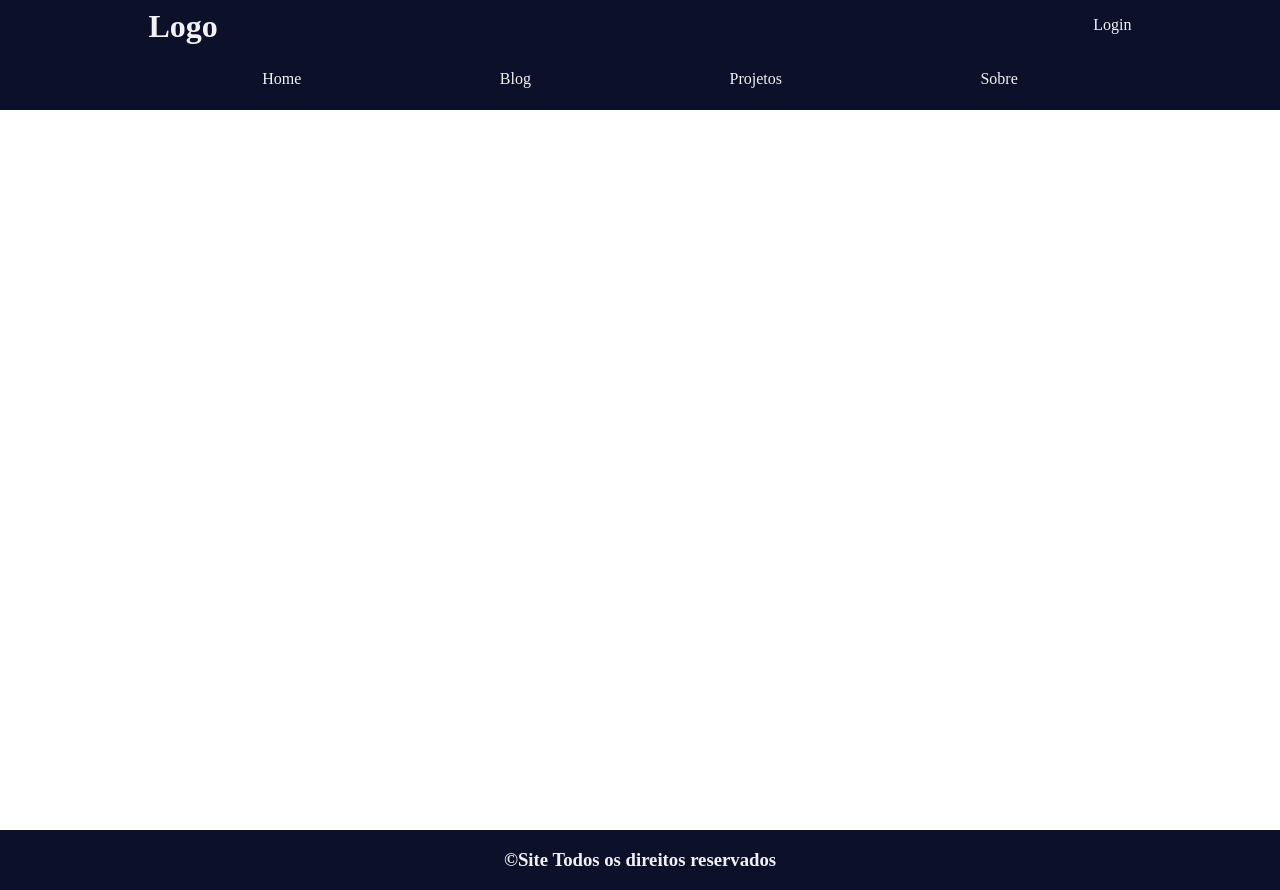
Repository: SauloMorais01/mysitefront-end
Page: src/pages/blog.html
These files come from the project's save history. The page is drawn as it stood at one moment and after the next save; the edit follows.
The browser window is 1280 px wide. The pictures show the whole page.

Above is the page before, as saved 2024-10-31 22:43:43.

### src/pages/blog.html
<!DOCTYPE html>
<html lang="pt-br">
<head>
    <meta charset="UTF-8">
    <meta name="viewport" content="width=device-width, initial-scale=1.0">
    <title>Titulo - status</title>
    <link rel="stylesheet" href="../css/style.css">
</head>
<body>
    <header class="primary-color hd-color-white">
        <div class="container">
            <div class="top-box flex">
                <div class="logo">
                    <a class="hd-color-white" href="/"><h1>Logo</h1></a>
                </div>
                <div class="login">
                    <a class="hd-color-white" href="/">Login</a>
                </div>
            </div>
        </div>
    </header>

    <section id="menu" class="sticky-top primary-color hd-color-white">
            <div class="container center">
                <a href="/">Home</a>
                <a href="/">Blog</a>
                <a href="/">Projetos</a>
                <a href="/">Sobre</a>
            </div>
    </section>

    <main>

    </main>

    <footer class="primary-color center">
        <h3 class="hd-color-white">&copy;<strong>Site</strong> Todos os direitos reservados</h3>
    </footer>


    <script src="./src/js/main.js"></script>
</body>
</html>

### src/css/style.css
/* Primary configs */
:root {
    /* Colors */
    /* Bases */
    --primary-color: 234, 94%, 6%,;
    --secondary-color: 184, 86%, 66%,;
    --body-color: 0, 0%, 100%,;
    --white-color: 0, 0%, 100%,;
    --black-color: 0, 0%, 0%,;
    /* End Bases */

    /* Variations colors */
    --primary-color-normal: hsla(var(--primary-color) 0.95);
    --primary-color-medium: hsla(var(--primary-color) 0.5);
    --primary-color-light: hsla(var(--primary-color) 0.250);

    --secondary-color-normal: hsla(var(--secondary-color) 0.95);
    --secondary-color-medium: hsla(var(--secondary-color) 0.5);
    --secondary-color-light: hsla(var(--secondary-color) 0.250);

    --body-color-normal: hsla(var(--body-color) 0.95);
    --body-color-medium: hsla(var(--body-color) 0.5);
    --body-color-light: hsla(var(--body-color) 0.250);

    --black-color-normal: hsla(var(--black-color) 0.95);
    --black-color-medium: hsla(var(--black-color) 0.5);
    --black-color-light: hsla(var(--black-color) 0.250);

    --white-color-normal: hsla(var(--white-color) 0.95);
    --white-color-medium: hsla(var(--white-color) 0.5);
    --white-color-light: hsla(var(--white-color) 0.250);
    /* End variations colors */
    /* End Colors */

    /* Conf Sizes */
    --container-larger-l: 80%;
    --container-larger-m: 80%;
    --container-larger-s: 80%;
    --container-tablet: 90%;
    --container-small-d: 95%;
    --grid-width: 20%;
    --grid-height: 20%;
    /* End conf Sizes */
}

/* Global */
* {
    box-sizing: border-box;
    margin: 0;
    padding: 0;
}
/* End global */

/* pagina */
body {
    background: var(--body-color-normal);
}

a {
    list-style: none;
    text-decoration: none;
}


main {
    height: 100vh;
}

footer {
    height: 60px;
}

footer h3 {
    padding-top: 1.2rem;
}

/* end pagina */

/* Utils */
.flex {
    display: flex;
}

.sticky-top {
    position: sticky;
    top: 0;
}

.center {
    text-align: center;
}

.right {
    text-align: right;
}

.left {
    text-align: left;
}

.grid-temp {
    width: var(--grid-width); height: var(--grid-height);
    display: grid;
    grid-template-columns: repeat(4, 1fr);
    grid-template-rows: repeat(4, 1fr);
}

.primary-color{
    background: var(--primary-color-normal);
}

.secondary-color{
    background: var(--secondary-color-normal);
}

.hd-color-black {
    color: var(--black-color-normal);
}

.hd-color-white {
    color: var(--white-color-normal);
}

.hidden {
    display: none;
}
/* End utils */



/* Responsividade */

@media (max-width: 575.99px) {
    .container {
        margin: 0 auto;
        width: var(--container-small-d);
    }

    header {
        height: 40px;
    }

    #menu {
        height: 40px;
        display:none;
    }

    #menu a {
        color: var(--white-color-normal);
        margin: 5px 2%;
        padding: 10px 5%;
    }

    #menu a:hover {
        background-color: var(--secondary-color-light);
        border-radius: 5px;
    }

    .top-box {
        position: relative;
        padding-top: 2px;
    }

    .logo {
        position: absolute;
        left: 1%;
        font-size: 0.8rem;
    }

    .login {
        position: absolute;
        margin-top: 2px;
        right: 1%;
    }
}

@media (min-width: 576px) {
    .container {
        margin: 0 auto;
        width: var(--container-small-d);
    }

    header {
        height: 40px;
    }

    #menu {
        height: 40px;
        display:none;
    }

    #menu a {
        color: var(--white-color-normal);
        margin: 5px 2%;
        padding: 10px 5%;
    }

    #menu a:hover {
        background-color: var(--secondary-color-light);
        border-radius: 5px;
    }

    .top-box {
        position: relative;
        padding-top: 3px;
    }

    .logo {
        position: absolute;
        left: 1%;
        font-size: 0.8rem;
    }

    .login {
        position: absolute;
        margin-top: 3px;
        right: 1%;
    }
}

/* Medium devices (tablets, 768px and up) */
@media (min-width: 768px) {
    .container {
        margin: 0 auto;
        width: var(--container-tablet);
    }

    header {
        height: 50px;
    }

    #menu {
        height: 40px;
        display:none;
    }

    #menu a {
        color: var(--white-color-normal);
        margin: 5px 3%;
        padding: 10px 5%;
    }

    #menu a:hover {
        background-color: var(--secondary-color-light);
        border-radius: 5px;
    }

    .top-box {
        position: relative;
        padding-top: 6px;
    }

    .logo {
        position: absolute;
        left: 2%;
        font-size: 1rem;
    }

    .login {
        position: absolute;
        margin-top: 6px;
        right: 2%;
    }
}

/* Large devices (desktops, 992px and up) */
@media (min-width: 992px) {
    .container {
        margin: 0 auto;
        width: var(--container-larger-s);
    }

    header {
        height: 60px;
    }

    #menu {
        height: 40px;
        display: block;
    }

    #menu a {
        color: var(--white-color-normal);
        margin: 5px 4%;
        padding: 10px 5%;
    }

    #menu a:hover {
        background-color: var(--secondary-color-light);
        border-radius: 5px;
    }

    .top-box {
        position: relative;
        padding-top: 8px;
    }

    .logo {
        position: absolute;
        left: 2%;
    }

    .login {
        position: absolute;
        margin-top: 8px;
        right: 2%;
    }
}

/* X-Large devices (large desktops, 1200px and up) */
@media (min-width: 1200px) {
    .container {
        margin: 0 auto;
        width: var(--container-larger-m);
    }

    header {
        height: 70px;
    }

    #menu {
        height: 40px;
        display: block;
    }

    #menu a {
        color: var(--white-color-normal);
        margin: 5px 4.5%;
        padding: 10px 5%;
    }

    #menu a:hover {
        background-color: var(--secondary-color-light);
        border-radius: 5px;
    }

    .top-box {
        position: relative;
        padding-top: 8px;
    }

    .logo {
        position: absolute;
        left: 2%;
    }

    .login {
        position: absolute;
        margin-top: 8px;
        right: 2%;
    }
}

/* XX-Large devices (larger desktops, 1400px and up) */
@media (min-width: 1400px) {
    .container {
        margin: 0 auto;
        width: var(--container-larger-l);
    }

    header {
        height: 75px;
    }

    #menu {
        height: 40px;
        display: block;
    }

    #menu a {
        color: var(--white-color-normal);
        margin: 5px 5%;
        padding: 10px 5%;
    }

    #menu a:hover {
        background-color: var(--secondary-color-light);
        border-radius: 5px;
    }

    .top-box {
        position: relative;
        padding-top: 10px;
    }

    .logo {
        position: absolute;
        left: 2%;
    }

    .login {
        position: absolute;
        margin-top: 10px;
        right: 2%;
    }
}
/* End responsividade */

Loaded but not shown: src/js/main.js (no copy from this time; the picture is the same without it)

After the next save:
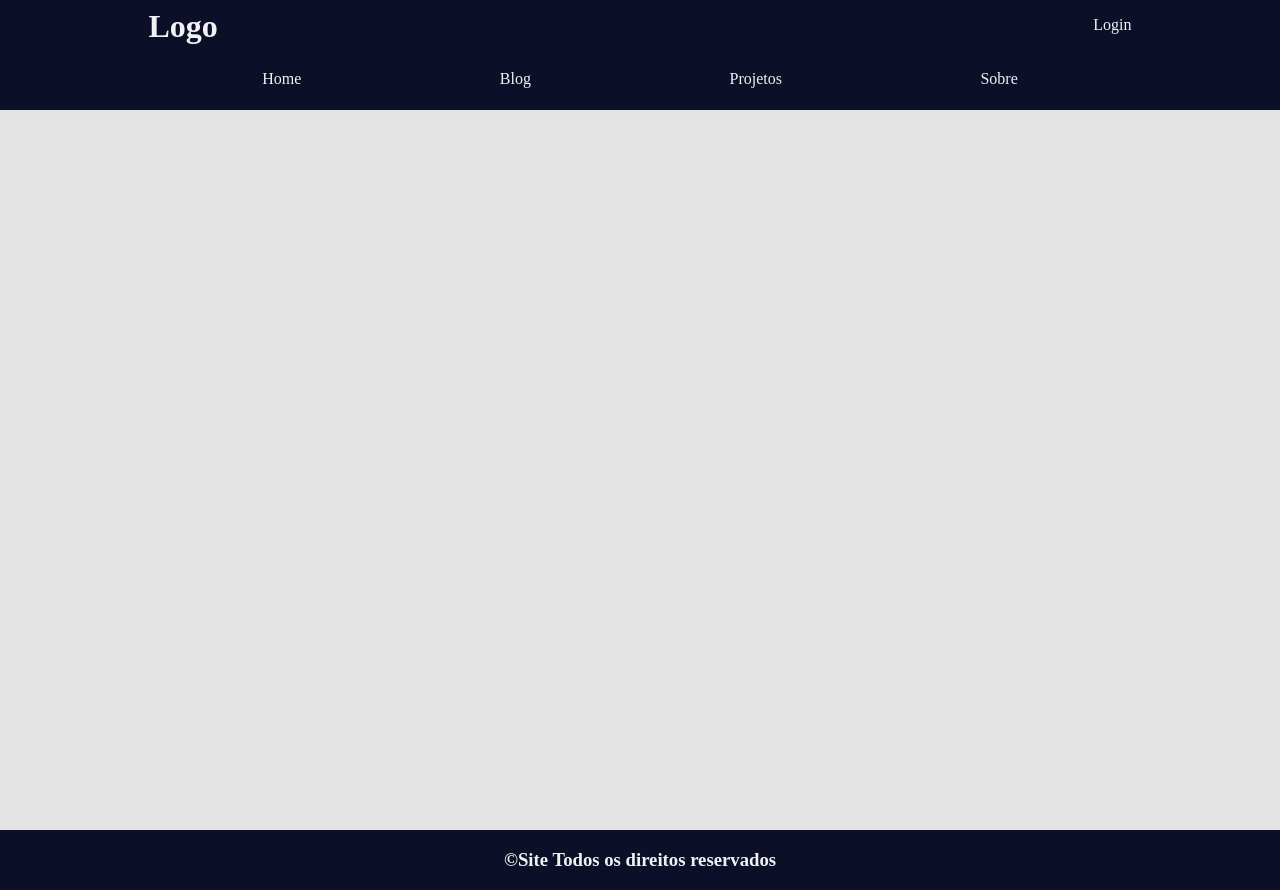
Saved 57 s later.
--- a/src/css/style.css
+++ b/src/css/style.css
@@ -4,7 +4,7 @@
     /* Bases */
     --primary-color: 234, 94%, 6%,;
     --secondary-color: 184, 86%, 66%,;
-    --body-color: 0, 0%, 100%,;
+    --body-color: 0, 0%, 89%,;
     --white-color: 0, 0%, 100%,;
     --black-color: 0, 0%, 0%,;
     /* End Bases */
